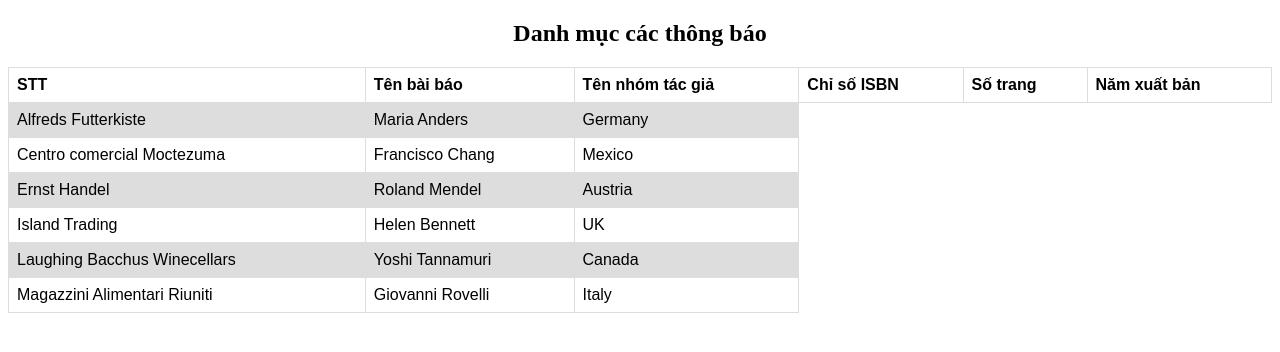
Repository: thanhdatdev/paper-project
Page: views/index.ejs
These files come from the project's save history. The page is drawn as it stood at one moment and after the next save; the edit follows.
The browser window is 1280 px wide. The pictures show the whole page.
The page is served by the project's Node server (app.js). Other server files are loaded and not shown. The template is opened directly, without the code that normally fills it, so the values that code supplies are empty.

Above is the page before, as saved 2020-10-30 10:43:11.

### views/index.ejs
<!DOCTYPE html>
<html>

<head>
    <title>
        <%= title %>
    </title>
    <link rel='stylesheet' href='/stylesheets/style.css' />
</head>

<body>
    <center>
        <h2>Danh mục các thông báo</h2>
    </center>

    <table>
        <tr>
            <th>STT</th>
            <th>Tên bài báo</th>
            <th>Tên nhóm tác giả</th>
            <th>Chỉ số ISBN</th>
            <th>Số trang</th>
            <th>Năm xuất bản</th>
        </tr>
        <tr>
            <td>Alfreds Futterkiste</td>
            <td>Maria Anders</td>
            <td>Germany</td>
        </tr>
        <tr>
            <td>Centro comercial Moctezuma</td>
            <td>Francisco Chang</td>
            <td>Mexico</td>
        </tr>
        <tr>
            <td>Ernst Handel</td>
            <td>Roland Mendel</td>
            <td>Austria</td>
        </tr>
        <tr>
            <td>Island Trading</td>
            <td>Helen Bennett</td>
            <td>UK</td>
        </tr>
        <tr>
            <td>Laughing Bacchus Winecellars</td>
            <td>Yoshi Tannamuri</td>
            <td>Canada</td>
        </tr>
        <tr>
            <td>Magazzini Alimentari Riuniti</td>
            <td>Giovanni Rovelli</td>
            <td>Italy</td>
        </tr>
    </table>
</body>

</html>

### app.js
var createError = require('http-errors');
var express = require('express');
var path = require('path');
var cookieParser = require('cookie-parser');
var logger = require('morgan');

var indexRouter = require('./routes/index');

var app = express();

// view engine setup
app.set('views', path.join(__dirname, 'views'));
app.set('view engine', 'ejs');

app.use(logger('dev'));
app.use(express.json());
app.use(express.urlencoded({ extended: false }));
app.use(cookieParser());
app.use(express.static(path.join(__dirname, 'public')));

app.use('/', indexRouter);

// catch 404 and forward to error handler
app.use(function(req, res, next) {
    next(createError(404));
});

// error handler
app.use(function(err, req, res, next) {
    // set locals, only providing error in development
    res.locals.message = err.message;
    res.locals.error = req.app.get('env') === 'development' ? err : {};

    // render the error page
    res.status(err.status || 500);
    res.render('error');
});

module.exports = app;

Loaded but not shown: public/stylesheets/style.css (common file)

After the next save:
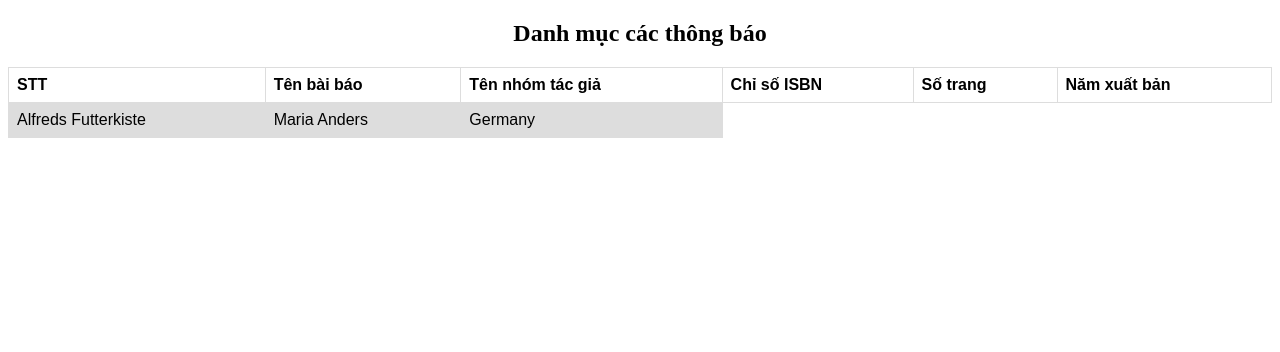
Saved 2 min 35 s later.
--- a/views/index.ejs
+++ b/views/index.ejs
@@ -27,31 +27,6 @@
             <td>Maria Anders</td>
             <td>Germany</td>
         </tr>
-        <tr>
-            <td>Centro comercial Moctezuma</td>
-            <td>Francisco Chang</td>
-            <td>Mexico</td>
-        </tr>
-        <tr>
-            <td>Ernst Handel</td>
-            <td>Roland Mendel</td>
-            <td>Austria</td>
-        </tr>
-        <tr>
-            <td>Island Trading</td>
-            <td>Helen Bennett</td>
-            <td>UK</td>
-        </tr>
-        <tr>
-            <td>Laughing Bacchus Winecellars</td>
-            <td>Yoshi Tannamuri</td>
-            <td>Canada</td>
-        </tr>
-        <tr>
-            <td>Magazzini Alimentari Riuniti</td>
-            <td>Giovanni Rovelli</td>
-            <td>Italy</td>
-        </tr>
     </table>
 </body>
 
